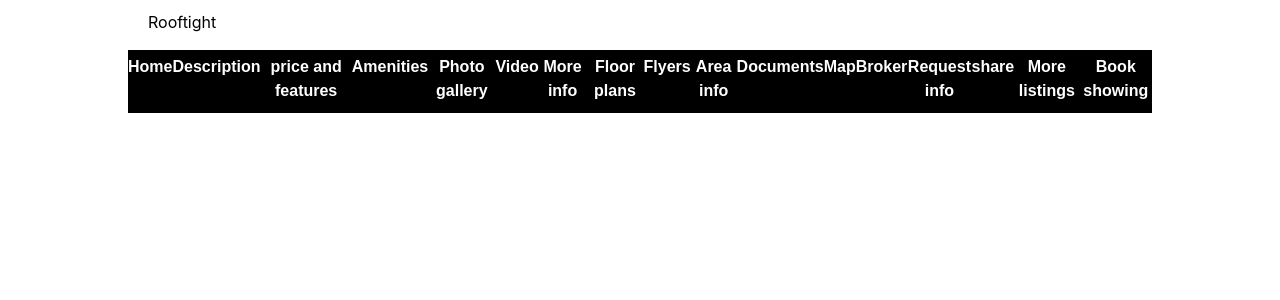
Repository: TMuse333/real-estate-landingpage
Page: /
These files come from the project's save history. The page is drawn as it stood at one moment and after the next save; the edit follows.
The browser window is 1280 px wide. The pictures show the whole page.
The project was rebuilt for these pictures with package versions that can differ from the ones it lists, and the page was loaded fresh each time. Also part of the build but not shown: vite.config.js.

Above is the page before, as saved 2023-09-19 16:50:43.

After the next save:
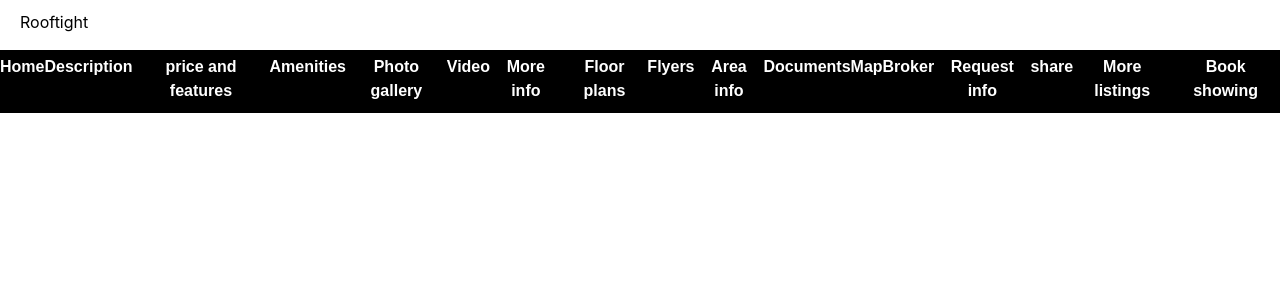
Saved 47 s later.
--- a/src/App.css
+++ b/src/App.css
@@ -88,14 +88,14 @@ gap:10px;
    }
 
    .list-container {
-    position: absolute;
+    /* position: absolute;
     display: flex;
  flex-wrap: wrap;
     justify-content:space-around;
     left: 50%;
     transform: translateX(-50%);
     width: 80%;
-    margin-bottom:100px;
+    margin-bottom:100px; */
   }
 
   .nav-list{
